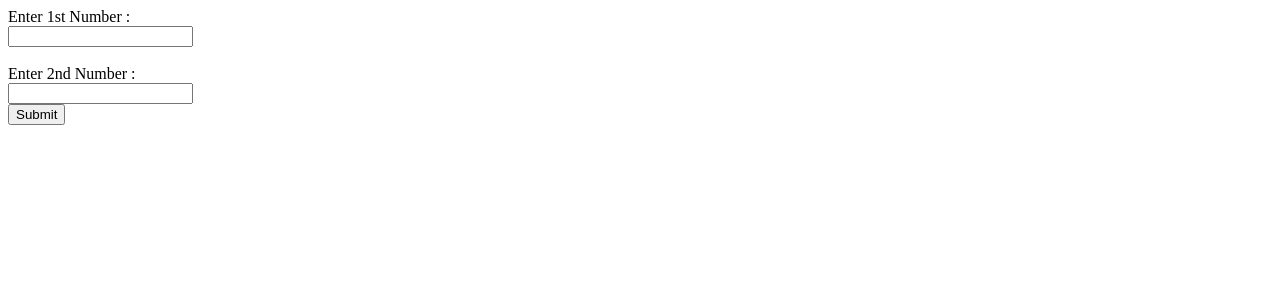
Repository: argho1990/Coursecube-B19
Page: Intro/Lab2A/WebContent/index.html
These files come from the project's save history. The page is drawn as it stood at one moment and after the next save; the edit follows.
The browser window is 1280 px wide. The pictures show the whole page.

Above is the page before, as saved 2018-11-28 21:57:51.

### Intro/Lab2A/WebContent/index.html
<!DOCTYPE html>
<html>
<head>
<meta charset="ISO-8859-1">
<title>Insert title here</title>
</head>
<body>
<form action= "add" method="get">
Enter 1st Number  :<br>  <input type= "text" name ="num1"> <br>
<br>

Enter 2nd Number  : <br> <input type= "text" name ="num2"> <br>
<input type="submit">

</form>
</body>
</html>

After the next save:
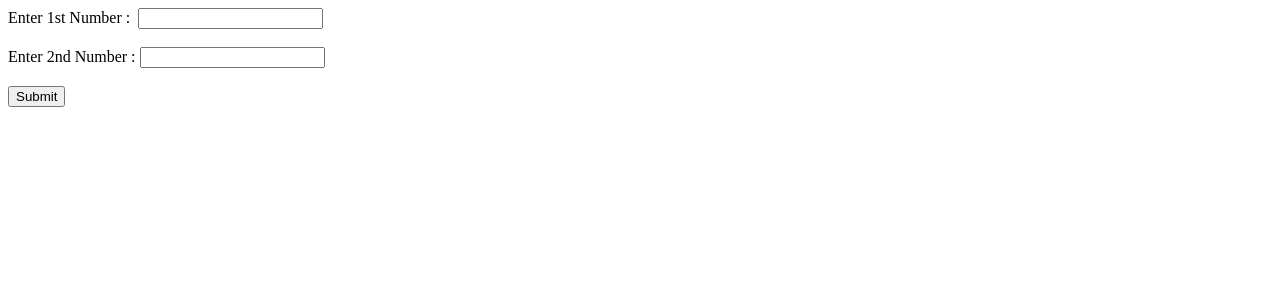
Saved 60 s later.
--- a/Intro/Lab2A/WebContent/index.html
+++ b/Intro/Lab2A/WebContent/index.html
@@ -6,10 +6,11 @@
 </head>
 <body>
 <form action= "add" method="get">
-Enter 1st Number  :<br>  <input type= "text" name ="num1"> <br>
+Enter 1st Number  :&nbsp; <input type= "text" name ="num1"> <br>
 <br>
 
-Enter 2nd Number  : <br> <input type= "text" name ="num2"> <br>
+Enter 2nd Number  :  <input type= "text" name ="num2"> <br>
+<br>
 <input type="submit">
 
 </form>
